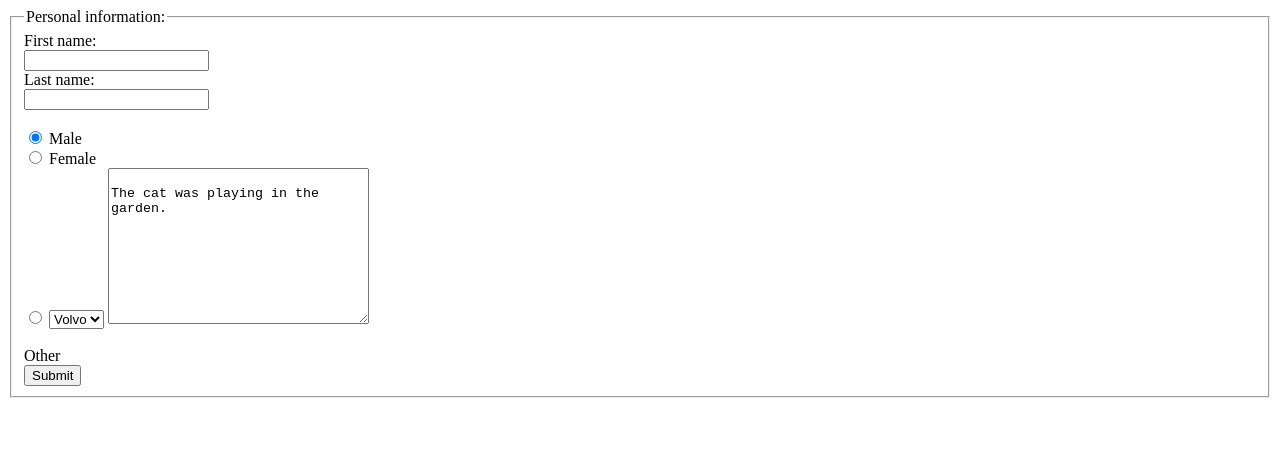
Repository: BaekJiGyeong/JSP
Page: http://localhost/AEA_Lesson0204/list.jsp
An editor plug-in stored every save of this project. The page is shown before and after the next save, followed by the edit.
The browser window is 1280 px wide. The pictures show the whole page.
The page is served by Tomcat 9. Other server files are loaded and not shown.

Above is the page before, as saved 2016-02-04 10:55:09.

### AEA_Lesson0204/WebContent/list.jsp
<%@ page language="java" contentType="text/html; charset=UTF-8"
	pageEncoding="UTF-8"%>
<!DOCTYPE html>
<html>
<head>
<meta http-equiv="Content-Type" content="text/html; charset=UTF-8">
<title>Insert title here</title>
</head>
<body>

	<form method="post" action="/AEA_Lesson0204/resultpage">
		<fieldset>
			<legend>Personal information:</legend>
			First name:<br> <input type="text" name="firstname"> <br>
			Last name:<br> <input type="text" name="lastname"> <br>

			<br> <input type="radio" name="gender" value="male" checked>
			Male<br> <input type="radio" name="gender" value="female">
			Female<br> <input type="radio" name="gender" value="other">

			<select name="cars">
				<option value="volvo">Volvo</option>
				<option value="saab">Saab</option>
			</select>


			<textarea name="message" rows="10" cols="30">
				The cat was playing in the garden.
			</textarea>


			<br> <br> Other <br> <input type="submit"value="Submit">



		</fieldset>
	</form>

</body>
</html>

After the next save:
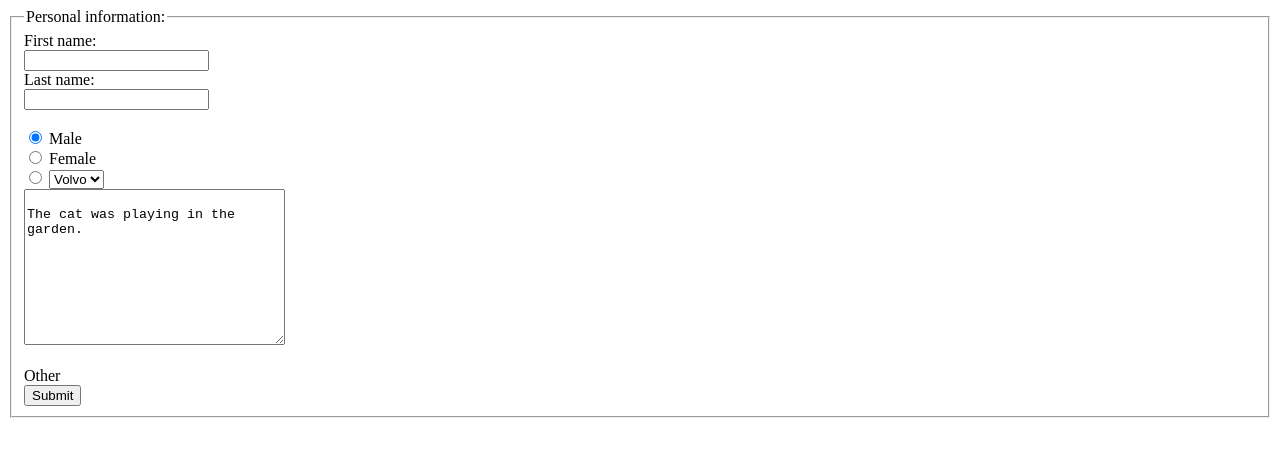
Saved 12 s later.
--- a/AEA_Lesson0204/WebContent/list.jsp
+++ b/AEA_Lesson0204/WebContent/list.jsp
@@ -24,7 +24,7 @@
 			</select>
 
 
-			<textarea name="message" rows="10" cols="30">
+			<br><textarea name="message" rows="10" cols="30">
 				The cat was playing in the garden.
 			</textarea>
 
